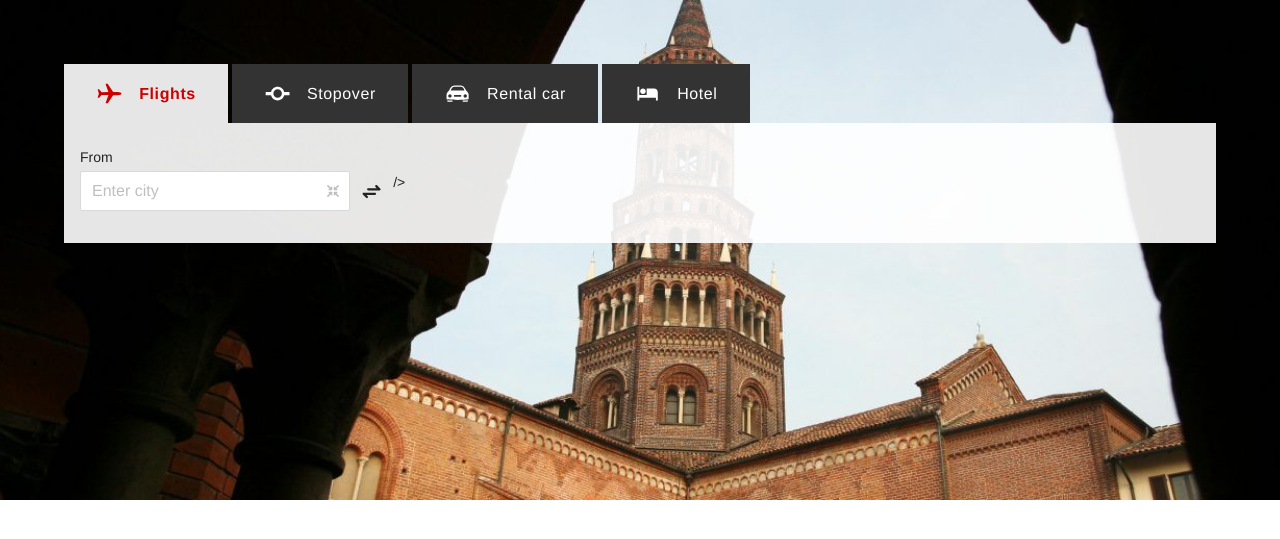
Repository: guidogr95/Everymundo-Excercise
Page: /
The author's editor kept a copy of each file at every save. The page is drawn from the files as they stood at one save, then again after the next save.
The browser window is 1280 px wide. The pictures show the whole page.
The project was rebuilt for these pictures with package versions that can differ from the ones it lists, and the page was loaded fresh each time. Also part of the build but not shown: src/components/CustomSpin/customspin.scss.

Above is the page before, as saved 2021-07-01 19:40:24.

### src/index.jsx
import React from 'react';
import ReactDOM from 'react-dom';
import App from './App';
import reportWebVitals from './reportWebVitals';
// redux
import { createStore } from 'redux'
import { Provider } from 'react-redux'
import { flightReducer } from 'src/redux/reducers/flightReducer'
const store = createStore(flightReducer)

ReactDOM.render(
  <React.StrictMode>
    <Provider store={store}>
      <App />
    </Provider>
  </React.StrictMode>,
  document.getElementById('root')
);

// If you want to start measuring performance in your app, pass a function
// to log results (for example: reportWebVitals(console.log))
// or send to an analytics endpoint. Learn more: https://bit.ly/CRA-vitals
reportWebVitals();

### src/App.jsx
// utils
import {
  QueryClient,
  QueryClientProvider,
} from 'react-query'
// styles
import 'antd/dist/antd.css';
import './app.scss';
// components
import BookingMask from 'src/components/BookingMask'

const queryClient = new QueryClient({
  defaultOptions: {
    queries: {
      refetchOnWindowFocus: false,
    },
  },
})

function App() {
  return (
    <QueryClientProvider client={queryClient}>
      <div className="App">
        <div className="flightmanager-container container" >
          <BookingMask />
        </div>
      </div>
    </QueryClientProvider>
  );
}

export default App;

### src/redux/reducers/flightReducer.js
const initialState = {
    geo: {
      origin: '',
      desination: ''
    },
    date: {
      from: '',
      to: '',
    }
};

export const flightReducer = (state = initialState, action) => {
  switch(action.type){
    case '@geo/update-origin':
      return {
          ...state,
          geo: {
          ...state.geo,
          origin: action.payload
        }
      }
    case '@geo/update-destination':
      return {
          ...state,
          geo: {
          ...state.geo,
          destination: action.payload
        }
      }
    case '@date/update-from':
      return {
          ...state,
          date: {
          ...state.date,
          from: action.payload
        }
      }
    case '@date/update-to':
      return {
          ...state,
          date: {
          ...state.date,
          to: action.payload
        }
      }
    default:
      return state;
  }
}

// action creators
// @geo
export const geoUpdateOrigin = (payload) => {
  return {
    type: '@geo/update-origin',
    payload
  }
}
export const geoUpdateDestination = (payload) => {
  return {
    type: '@geo/update-destination',
    payload
  }
}
// @date
export const dateUpdateFrom = (payload) => {
  return {
    type: '@date/update-from',
    payload
  }
}
export const dateUpdateTo = (payload) => {
  return {
    type: '@date/update-to',
    payload
  }
}

### src/app.scss
@import 'styles/global';

.App {
  .container {
    width: $desktop-maxwidth;
    max-width: 100%;
  }
  .flightmanager-container {
    background: url('./assets/images/bg.jpg');
    background-size: cover;
    background-position: center;
    min-height: 500px;
    margin: auto;
    padding: 4rem;
  }
}

### src/components/BookingMask/index.jsx
import { useState } from 'react'
// styles
import './bookingmask.scss'
// assets
import { IoIosAirplane, IoMdGitCommit, IoIosCar, IoMdBed } from 'react-icons/io'
// components
import EmptyTab from './EmptyTab'
import FlightsTab from './FlightsTab'

const BookingMask = () => {
  const tabs = [
    {
      name: 'Flights',
      icon: <IoIosAirplane />,
      component: <FlightsTab />
    },
    {
      name: 'Stopover',
      icon: <IoMdGitCommit />,
      component: <EmptyTab />
    },
    {
      name: 'Rental car',
      icon: <IoIosCar />,
      component: <EmptyTab />
    },
    {
      name: 'Hotel',
      icon: <IoMdBed />,
      component: <EmptyTab />
    }
  ]

  const [activeTab, setActiveTab] = useState(tabs[0].name)
  const handleTab = name => setActiveTab(name)

  return (
    <section className="bookingmask" >
      <ul className="bookingmask__nav" >
        {tabs.map(tab =>
          <button
            className={activeTab === tab.name ? 'active' : ''}
            onClick={() => handleTab(tab.name)}
            key={tab.name}
          >
            {tab.icon}<span>{tab.name}</span>
          </button>
        )}
      </ul>
      <div className="bookingmask__tabs-wrapper" >
          {tabs.map(tab =>
            <div
              key={tab.name}
              className={`bookingmask__tab${activeTab === tab.name ? ' active' : ''}`}
            >
              {tab.component}
            </div>
          )}
      </div>
    </section>
  )
}

export default BookingMask

### src/styles/_global.scss
@import 'variables';
@import 'mixins';

html,
body {
  position: relative;
  padding: 0;
  margin: 0;
  font-family: $font-family;
  -webkit-text-size-adjust: 100%;
  -webkit-font-smoothing: auto;
  -moz-font-smoothing: auto;
  -moz-osx-font-smoothing: auto;
  --antd-wave-shadow-color: #c00;
}
* {
  box-sizing: border-box;
}
ul {
  margin: 0;
  padding: 0;
}
button {
  border: none;
  cursor: pointer;
}
.ant-select {
  min-width: 270px;
}
.ant-select:not(.ant-select-disabled):hover .ant-select-selector,
.ant-select-focused:not(.ant-select-disabled).ant-select:not(.ant-select-customize-input) .ant-select-selector {
  border-color: $color-red !important;
}
body::-moz-selection,
body::selection {
  color: $color-red !important;
  background: $color-red !important;
}

### src/styles/_variables.scss
// measurements
$desktop-maxwidth: 90rem;
// colors
$color-red: #c00;
$color-gray: #333333;
$color-white: #fff;
// fonts
// font-family
$font-family: SwissText,Helvetica,Arial,sans-serif,LufthansaMamSymbolText;
// font-weight
$font-weight-medium: 700;
$font-weight-small: 300;
// font-size
$font-size-normal: 1rem;
$font-size-large: 1.7rem;
// line height
$line-height-medium: 2.2rem;
// letter spacing
$letter-spacing-small: .6px;

// tab variables
// colors
$color-active-tab-bg: hsla(0,0%,100%,.9);
// padding
$padding-tab-link: 1rem 2rem;
$padding-tab-content: 3rem 1rem 2rem 1rem;
// margin
$margin-tab-link: 0 0 0 .25rem;

### src/styles/_mixins.scss
// MIXINS
@mixin breakpoint($point) {
  @media (max-width: $point) {
    @content;
  }
}

### src/components/BookingMask/bookingmask.scss
@import '/src/styles/variables';
.bookingmask {
  &__nav {
    list-style: none;
    button {
      &:not(:first-of-type) {
        margin: $margin-tab-link;
      }
      color: $color-white;
      background: $color-gray;
      padding: $padding-tab-link;
      display: inline-flex;
      align-items: center;
      font-size: $font-size-normal;
      font-weight: $font-weight-small;
      letter-spacing: $letter-spacing-small;
      &.active {
        color: $color-red;
        font-weight: $font-weight-medium;
        background-color: $color-active-tab-bg;
      }
      svg {
        margin-right: 1rem;
        font-size: $font-size-large;
      }
    }
  }
  &__tabs-wrapper {
    position: relative;
  }
  &__tab {
    position: absolute;
    top: 0;
    left: 0;
    right: 0;
    padding: $padding-tab-content;
    background-color: $color-active-tab-bg;
    display: none;
    &.active {
      display: block;
    }
  }
}

### src/components/BookingMask/EmptyTab/index.jsx
const EmptyTab = () => {
  return (
    <div>
      some more stuff
    </div>
  )
}

export default EmptyTab

### src/components/BookingMask/FlightsTab/index.jsx
// assets
import { CgArrowsExchange } from 'react-icons/cg'
import { FaCompressArrowsAlt } from 'react-icons/fa'
// components
import AirportInput from './AirportInput'
import DateInput from './DateInput'
// redux
import { useDispatch, useSelector } from 'react-redux'
import { geoUpdateOrigin, geoUpdateDestination } from 'src/redux/reducers/flightReducer'

import './flightstab.scss'

const FlightsTab = ({ name, activeTab }) => {

  const state = useSelector(state => state)
  const dispatch = useDispatch()

  const { geo, date } = state

  return (
    <div className="bookingmask__flight" >
      <div className="bookingmask__flight--geo" >
        <AirportInput
          label="From"
          value={geo.origin}
          setValue={(v) => dispatch(geoUpdateOrigin(v))}
          placeholder="Enter city"
          id="fromInput"
          showArrow={true}
          suffixIcon={<FaCompressArrowsAlt/>}
          />
        <span className="separator" >
          <CgArrowsExchange/>
        </span>
        {/* <AirportInput
          ref={toRef}
          label="To"
          value={destination}
          setValue={setDestination}
          placeholder="Enter city"
          id="toInput"
          showArrow={false}
        />
      </div>
      <div className="bookingmask__flight--date" >
        <DateInput
          label="Departure date"
          id="depInput"
           */}
        />
      </div>
    </div>
  )
}

export default FlightsTab

### src/components/BookingMask/FlightsTab/AirportInput/index.jsx
import { forwardRef, useCallback, useState, useMemo } from 'react'
// utils
import throttle from 'lodash/throttle'
import { Select } from 'antd'
// api
import { fetchAirports } from 'src/api/fetchers'
// components
import CustomSpin from 'src/components/CustomSpin'

import './airportinput.scss'

const { Option } = Select;

const AirportInput = forwardRef(({ placeholder, showArrow, suffixIcon, label, id , value, setValue }, ref) => {

  const [isLoading, setIsLoading] = useState(false)
  const [data, setData] = useState([])

  const throttledFetch = useMemo(
    () =>
      throttle(val => {
        fetchAirports(val)
        .then((res) => setData(res.data || []))
        .catch(() => setData([]))
        .finally(() => {
          setIsLoading(false)
        })
      }, 2000),
    []
  )
  const handleSelect = useCallback(
    val => {
      setIsLoading(true)
      const innerVal = val || ''
      setValue(innerVal)
      // fetching api accepts a min of 3 letters for search
      if (innerVal.length <= 2) {
        setData([])
        setIsLoading(false)
      } else {
        throttledFetch(val)
      }
    },
    [throttledFetch, setValue]
  )

  return (
    <div className="airportinput__wrapper" >
      {label && <label htmlFor={id} >{label}</label>}
      <Select
        showSearch
        allowClear
        id={id}
        ref={ref}
        placeholder={placeholder || 'Enter city'}
        value={value || undefined}
        onSearch={handleSelect}
        onChange={(val) => setValue(val)}
        onClear={handleSelect}
        size='large'
        showArrow={showArrow}
        suffixIcon={suffixIcon}
        optionLabelProp='value'
        defaultActiveFirstOption={false}
        dropdownClassName="airportinput__dropdown"
        filterOption={false}
        notFoundContent={isLoading ? <CustomSpin size="medium"/> : null}
      >
        {data.length > 0
          ? data.map(airport =>
            <Option key={airport.iata} value={`${airport.city} - ${airport.iata}`} >
              <span>{airport.name}</span>
              <span>{airport.iata}</span>
              <span>{airport.country.name}</span>
            </Option>)
          : null
        }
      </Select>
    </div>
  )
})

export default AirportInput

### src/components/BookingMask/FlightsTab/flightstab.scss
@import '/src/styles/variables';
.bookingmask__flight {
  display: grid;
  grid-template-columns: repeat(3, auto);
  &--geo {
    display: flex;
    .separator {
      display: flex;
      align-items: center;
      font-size: $font-size-large;
      padding: 0 .5rem;
    }
  }
}

### src/api/fetchers.js
// utils
import axios from 'axios'

const apiUrl = 'https://airportnames.vercel.app/api'

const fetchAirports = (term) => axios.post(`${apiUrl}/getAirports`, { term })

export {
  fetchAirports
}

### src/components/CustomSpin/index.jsx
import { Spin } from 'antd'
import { LoadingOutlined } from '@ant-design/icons'

import './customspin.scss'

const antIcon = <LoadingOutlined className="customspin" spin />

const CustomSpin = (props) => <Spin indicator={antIcon} {...props} />

export default CustomSpin

### src/components/BookingMask/FlightsTab/AirportInput/airportinput.scss
.airportinput__dropdown {
  .ant-select-item-empty {
    text-align: center;
  }
  .ant-select-item-option-content {
    display: flex;
    flex-direction: column;
    span:nth-of-type(2) {
      font-weight: bold;
    }
  }
}
.airportinput__wrapper {
  display: flex;
  flex-direction: column;
  position: relative;
  label {
    position: absolute;
    left: 0;
    bottom: calc(100% + .2rem);
  }
}

### src/components/BookingMask/FlightsTab/Dateinput/index.jsx
import { DatePicker } from 'antd'
import { useState } from 'react'

import './dateinput.scss'

const DateInput = ({ id, label }) => {
  const [value, setValue] = useState('')
  const onChange = (date, dateString) => {
    setValue(dateString)
    console.log(dateString);
  }
  return (
    <div className="dateinput__wrapper" >
      {label && <label htmlFor={id} >{label}</label>}
      <DatePicker
        size="large"
        id={id}
        value={value}
        onChange={onChange}
      />
    </div>
  )
}

export default DateInput

### src/components/BookingMask/FlightsTab/Dateinput/dateinput.scss
.dateinput__wrapper {
  display: flex;
  flex-direction: column;
  position: relative;
  label {
    position: absolute;
    left: 0;
    bottom: calc(100% + .2rem);
  }
}

Loaded but not shown: public/index.html (common file); src/reportWebVitals.js (common file)

After the next save:
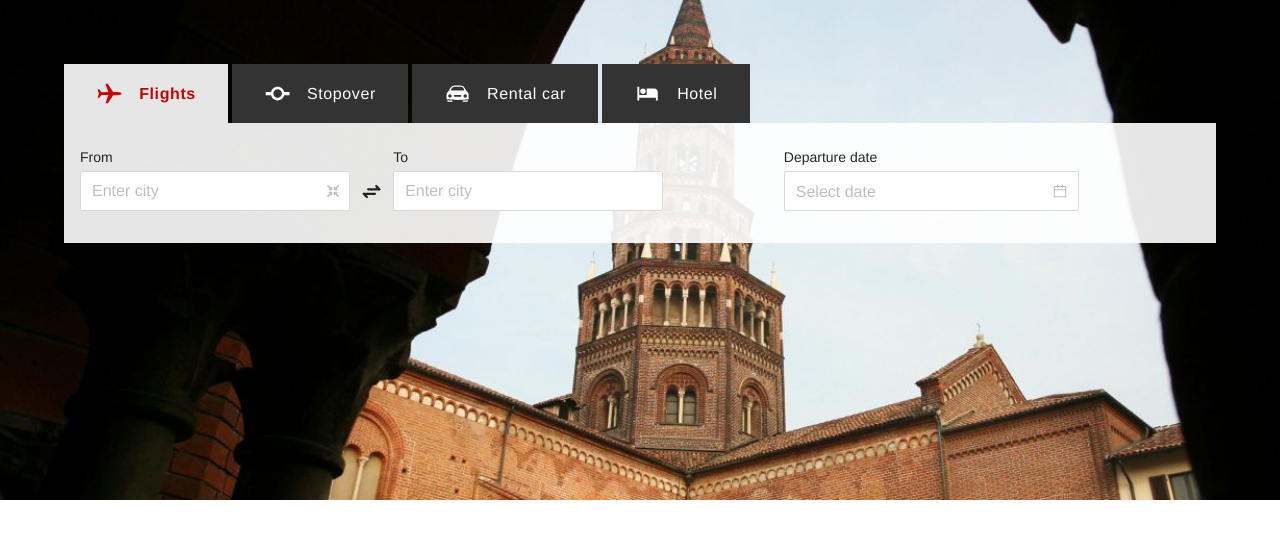
Saved 46 s later.
--- a/src/components/BookingMask/FlightsTab/index.jsx
+++ b/src/components/BookingMask/FlightsTab/index.jsx
@@ -32,11 +32,10 @@ const FlightsTab = ({ name, activeTab }) => {
         <span className="separator" >
           <CgArrowsExchange/>
         </span>
-        {/* <AirportInput
-          ref={toRef}
+        <AirportInput
           label="To"
-          value={destination}
-          setValue={setDestination}
+          value={geo.destination}
+          setValue={(v) => dispatch(geoUpdateDestination(v))}
           placeholder="Enter city"
           id="toInput"
           showArrow={false}
@@ -46,7 +45,7 @@ const FlightsTab = ({ name, activeTab }) => {
         <DateInput
           label="Departure date"
           id="depInput"
-           */}
+
         />
       </div>
     </div>
